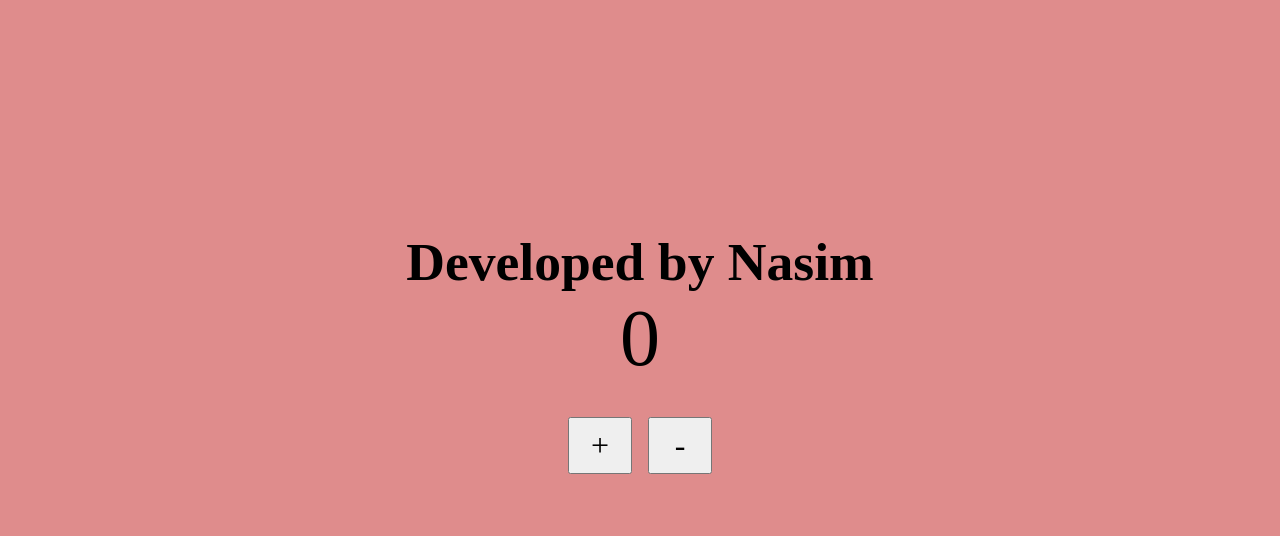
Repository: nasimqureshi/counter-in-redux
Page: /
The author's editor kept a copy of each file at every save. The page is drawn from the files as they stood at one save, then again after a run of saves.
The browser window is 1280 px wide. The pictures show the whole page.
The project was rebuilt for these pictures with package versions that can differ from the ones it lists, and the page was loaded fresh each time.

Above is the page before, as saved 2024-10-16 23:00:07.

After the next 2 saves:
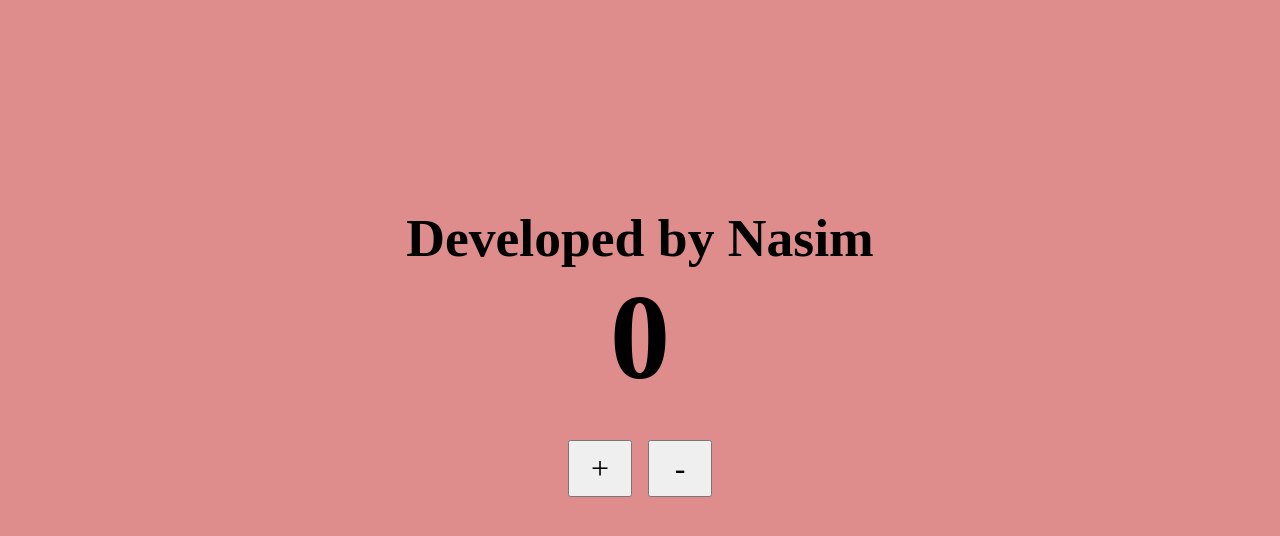
The 2 saves are shown as one change because they came seconds apart.
The last was saved 20 s later.
--- a/src/features/counter/Counter.js
+++ b/src/features/counter/Counter.js
@@ -9,7 +9,7 @@ const Counter = () => {
   return (
     <section>
       <h6>Developed by Nasim</h6>
-      <p>{count}</p>
+      <h1>{count}</h1>
 
       <div>
         <button onClick={()=> dispatch(increment())}>+</button>
